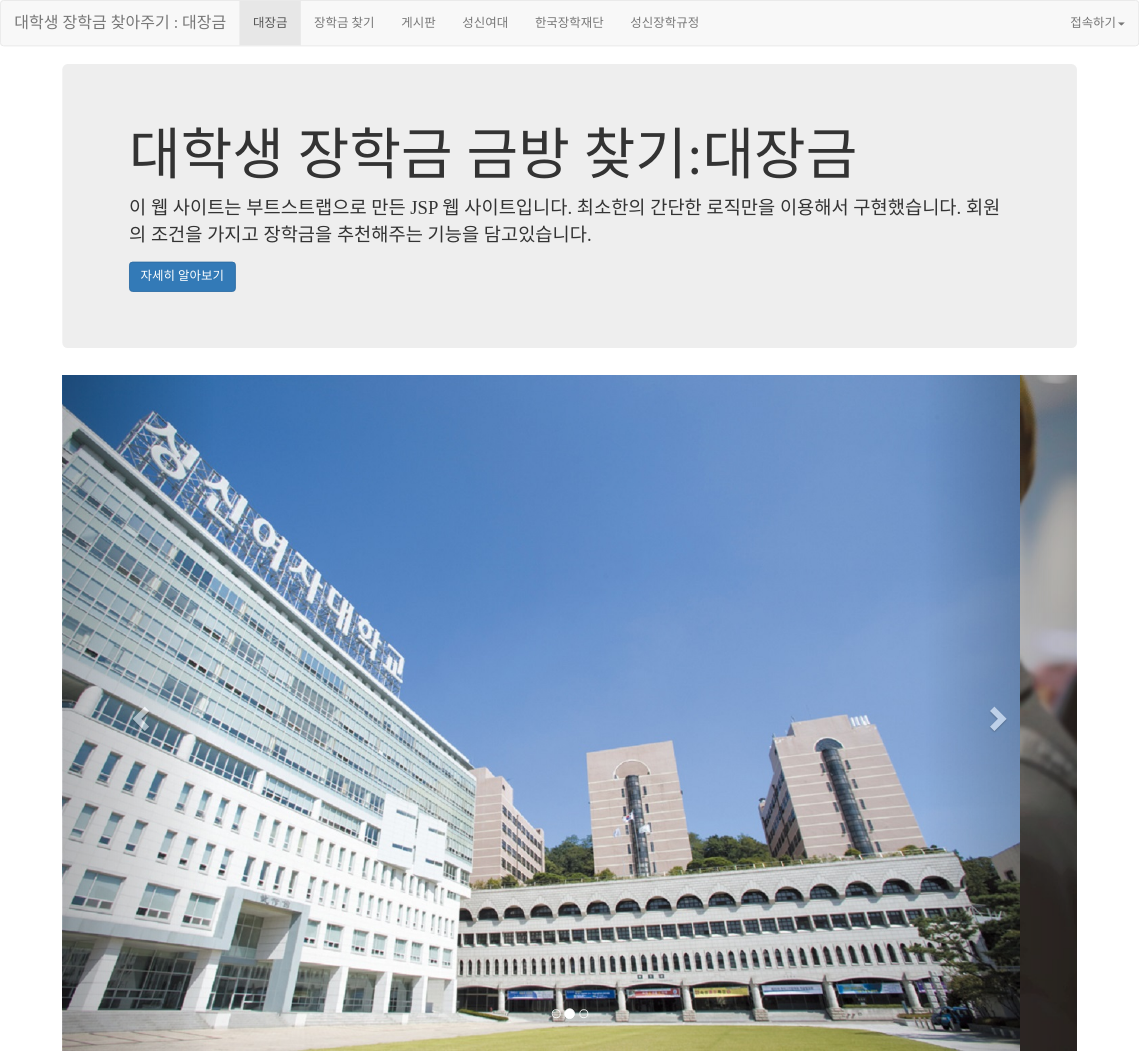
Repository: jiwon-214/DJG
Page: http://localhost/DJG/main.jsp
The author's editor kept a copy of each file at every save. The page is drawn from the files as they stood at one save, then again after the next save.
The browser window is 1280 px wide. The pictures show the whole page, at 89% of full size.
Some web fonts or font styles are not loaded; a fallback is used. Some web libraries are served in a nearby version. The page is served by Tomcat 9. Other server files are loaded and not shown.

Above is the page before, as saved 2022-02-10 16:51:17.

### DJG/WebContent/main.jsp
<%@ page language="java" contentType="text/html; charset=UTF-8"
    pageEncoding="UTF-8"%>
 <%@ page import="java.io.PrintWriter" %>
<!DOCTYPE html>
<html>
<head>
<meta charset="UTF-8">
<meta name = "viewport" content = "width=divice-width", initial-scale = "1">
<link rel = "stylesheet" href = "css/bootstrap.css">
<link rel = "stylesheet" href = "css/custom.css">
<title>대장금</title>
</head>
<body>
	<%
		//로그인 된 사람 정보 담을 수 있도록
		String userID = null;
		if (session.getAttribute("userID") != null) {
			userID = (String) session.getAttribute("userID");
		} //로그인되면 userID에 해당 이이디가 담기고 로그인 안되면 null

	%>
	<nav class ="navbar navbar-default">
		<div class = "navbar-header">
			<button type = "button" class = "navbar-toggle collapsed"
				data-toggle = "collapse" data-target = "#bs-example-navbar-collapse-1"
				aria-expanded="false">
				<span class = "icon-bar"></span>
				<span class = "icon-bar"></span>
				<span class = "icon-bar"></span>
			</button>
			<a class="navbar-brand" href = "main.jsp">대학생 장학금 찾아주기 : 대장금</a>
		</div>
		<div class="collapse navbar-collapse" id="bs-example-navbar-collapse-1">
			<ul class = "nav navbar-nav">
				<li class="active"><a href="main.jsp">대장금</a></li>
				<li><a href="djg.jsp">장학금 찾기</a></li>
				<li><a href="board.jsp">게시판</a></li>
				<li><a href="https://portal.sungshin.ac.kr/sso/login.jsp">성신여대</a></li>
				<li><a href="http://www.kosaf.go.kr/">한국장학재단</a></li>
				<li><a href="https://rule.sungshin.ac.kr/service/law/lawView.do?seq=95&historySeq=0&gubun=cur&tree=part">성신장학규정</a></li>
			</ul>
			<%
				//로그인이 되어있지 않은 사람들의 화면
				if(userID == null) {
			%>
				<ul class="nav navbar-nav navbar-right">
				<li class="dropdown">
					<a href="#" class="dropdown-toggle"
						data-toggle="dropdown" role="button" aria-haspopup="true"
						aria-expanded="false">접속하기<span class="caret"></span></a>
					<ul class="dropdown-menu">
						<li><a href = "login.jsp">로그인 </a></li>
						<li><a href="join.jsp">회원가입</a></li>
					</ul>
				</li>
			</ul>
			<%
				} else { //로그인 되어있는 사람들의 화면
			%>
				<ul class="nav navbar-nav navbar-right">
				<li class="dropdown">
					<a href="#" class="dropdown-toggle"
						data-toggle="dropdown" role="button" aria-haspopup="true"
						aria-expanded="false">회원관리<span class="caret"></span></a>
					<ul class="dropdown-menu">
						<li><a href = "modification.jsp">정보수정</a></li>
						<li><a href = "info.jsp">정보 확인</a></li>
						<li><a href = "logoutAction.jsp">로그아웃</a></li>
						<li><a href = "withdraw.jsp">탈퇴하기</a></li>
					</ul>
				</li>
			</ul>
			<%
				}
			%>

		</div>
	</nav>
	<div class="container">
		<div class="jumbotron">
			<div class="container">
				<h1>대학생 장학금 금방 찾기:대장금</h1>
				<p>이 웹 사이트는 부트스트랩으로 만든 JSP 웹 사이트입니다. 최소한의 간단한 로직만을 이용해서 구현했습니다. 회원의 조건을 가지고 장학금을 추천해주는 기능을 담고있습니다.</p>
				<p><a class="btn btn-primary btn-pull" href="#" role="button">자세히 알아보기</a></p>
			</div>
		</div>
	</div>
	<div class="container">
	<%--사진첩 같은 개념--%>
		<div id = "myCarousel" class="carousel slide" data-ride="carousel">
			<ol class="carousel-indicators">
				<li data-target="#myCarousel" data-slide-to="0" class="active"></li>
				<li data-target="#myCarousel" data-slide-to="1"></li>
				<li data-target="#myCarousel" data-slide-to="2"></li>
			</ol>
			<%-- 실질적인 사진을 넣어줌 --%>
			<div class="carousel-inner">
				<div class="item active">
					<img src="images/school1.jpg">
				</div>
				<div class="item">
					<img src="images/4.jpg">
				</div>
				<div class="item">
					<img src="images/5.jpg">
				</div>
			</div>
			<%--사진을 넘길 수 있도록 --%>
			<a class="left carousel-control" href="#myCarousel" data-slide="prev">
				<span class="glyphicon glyphicon-chevron-left"></span>
			</a>
			<a class="right carousel-control" href="#myCarousel" data-slide="next">
				<span class="glyphicon glyphicon-chevron-right"></span>
			</a>
		</div>
	</div>
	<script src = "https://code.jquery.com/jquery-3.1.1.min.js"></script>
	<script src = "js/bootstrap.js"></script>
</body>
</html>

### DJG/WebContent/css/custom.css
@import url(http://fonts.googleapis.com/earlyaccess/nanumgothic.css);
@import url(http://fonts.googleapis.com/earlyaccess/hanna.css);
* {
	font-family : 'Nanum Gothic';
}
h1 {
	font-famaily : 'Hanna';
}

Loaded but not shown: DJG/WebContent/css/bootstrap.css (library); DJG/WebContent/js/bootstrap.js (library)

After the next save:
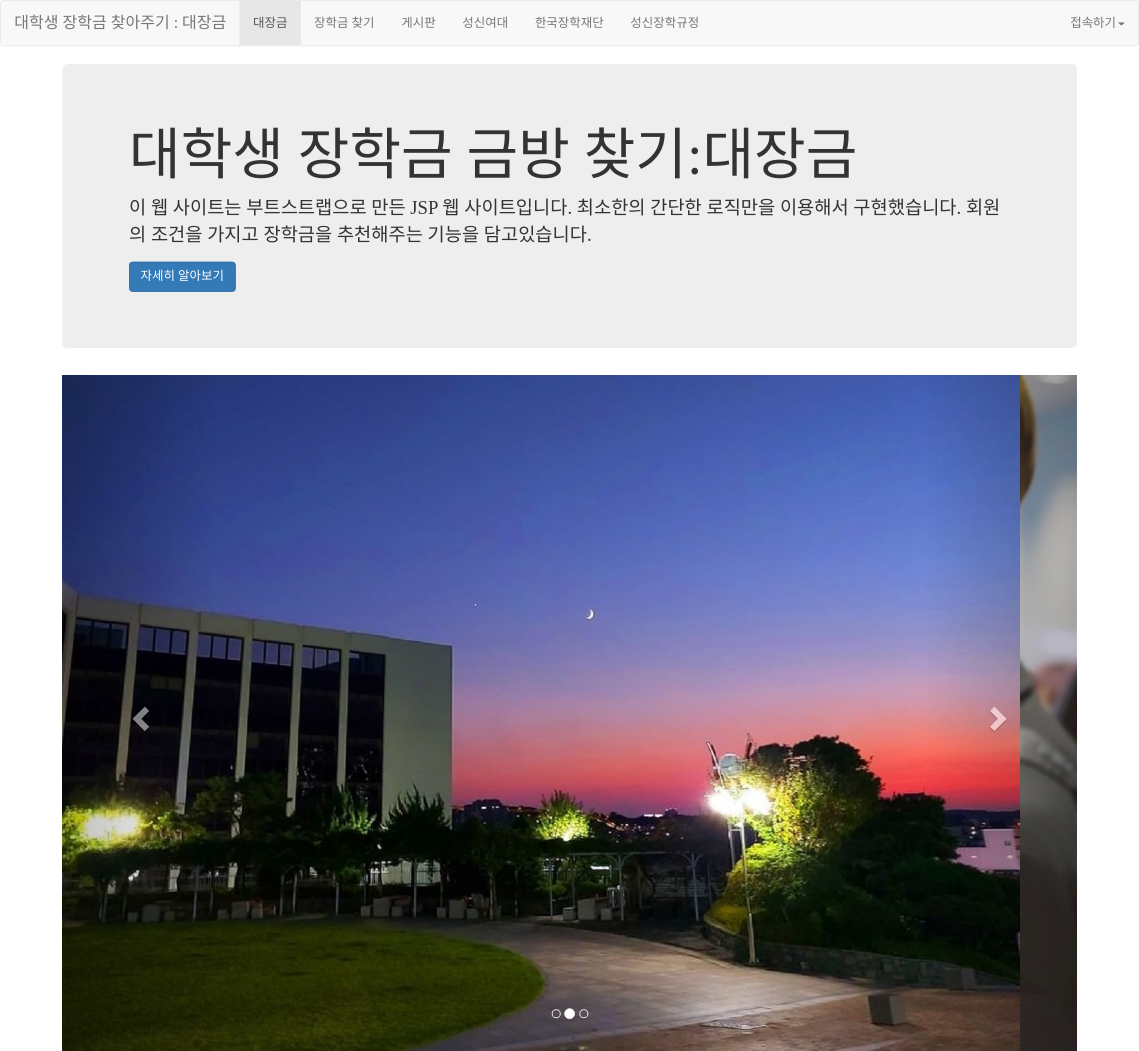
Saved 28 s later.
--- a/DJG/WebContent/main.jsp
+++ b/DJG/WebContent/main.jsp
@@ -96,7 +96,7 @@
 			<%-- 실질적인 사진을 넣어줌 --%>
 			<div class="carousel-inner">
 				<div class="item active">
-					<img src="images/school1.jpg">
+					<img src="images/school2.jpg">
 				</div>
 				<div class="item">
 					<img src="images/4.jpg">
